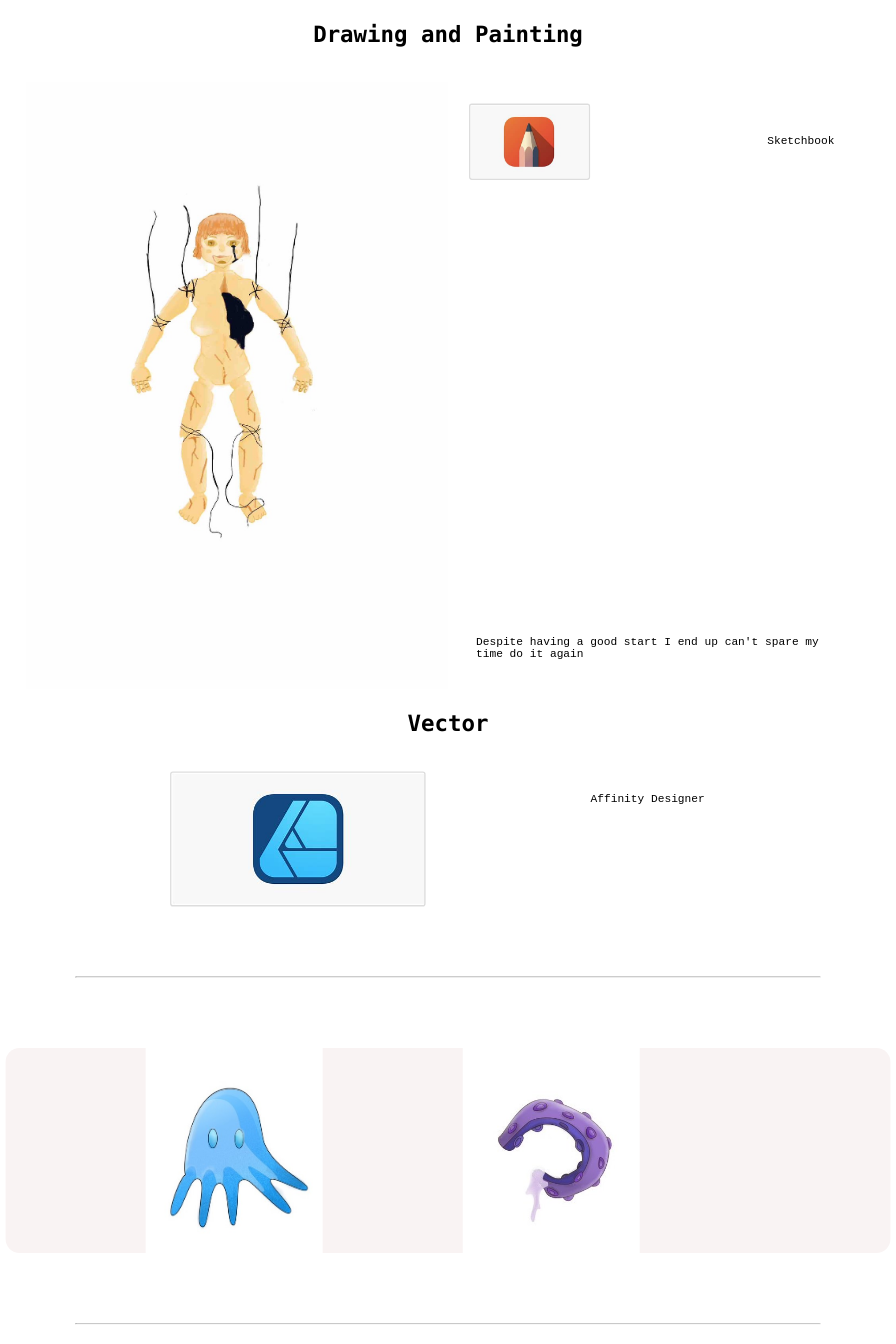
Repository: kittipichcha/port3
Page: index2.html
The author's editor kept a copy of each file at every save. The page is drawn from the files as they stood at one save, then again after the next save.
The browser window is 1280 px wide. The pictures show the part of the page from y = 0 to 1920 px (the page is 3017 px tall), at 70% of full size.

Above is the page before, as saved 2024-10-28 11:56:21.

After the next save:
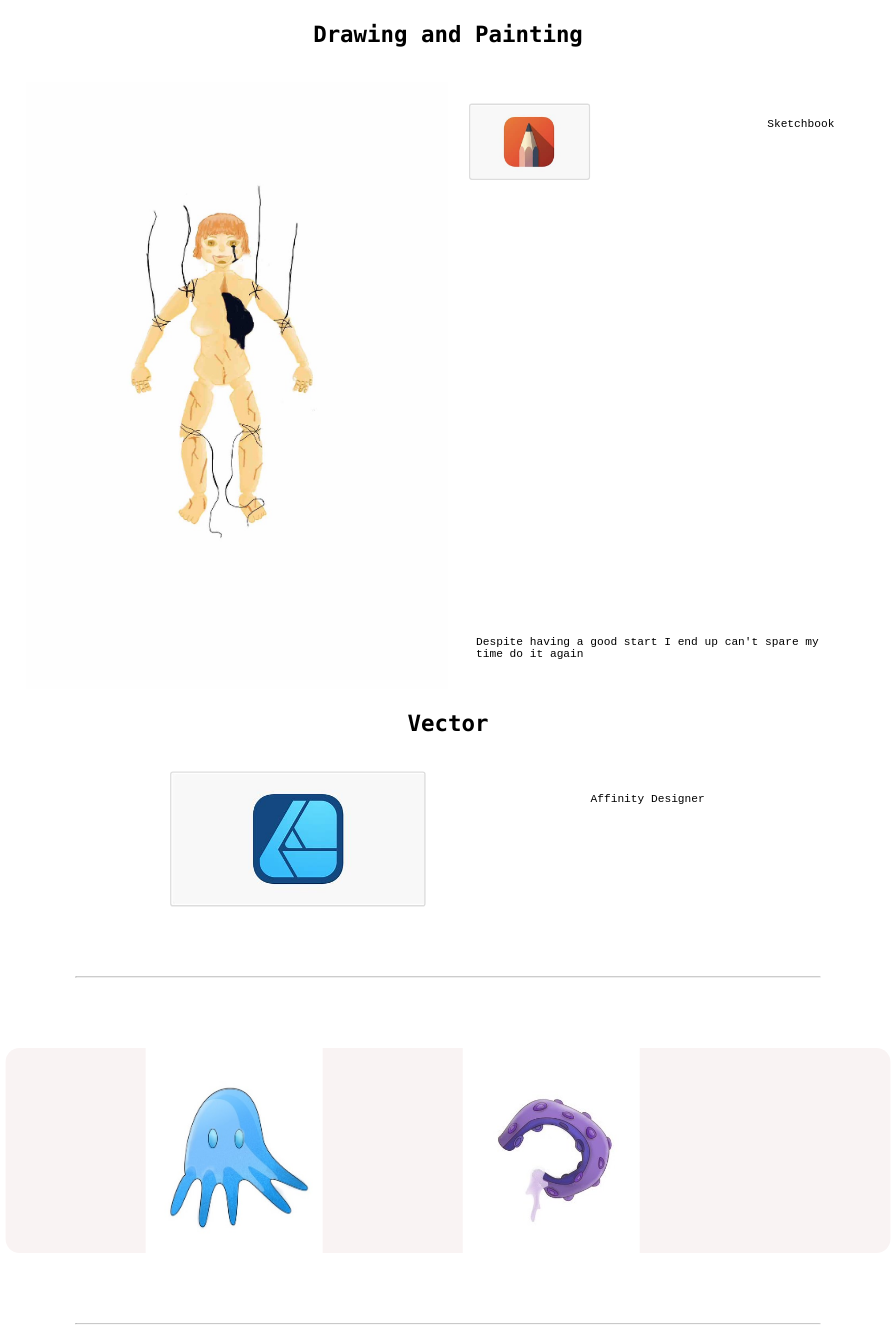
Saved 32 s later.
--- a/index2.html
+++ b/index2.html
@@ -12,7 +12,7 @@
                 <img class = "image" style = "width:50%"src = "image/puppet.jpg">
 
                 <div class = "widget1">
-                    <div class = "widget">
+                    <div class = "widget" style = "align-items:flex-start;">
                         <img class = "icon" style="width:30%" src = "icon/sketchbook.jpg">
                         <p class = "textGeneral"> Sketchbook </p>
                     </div>
